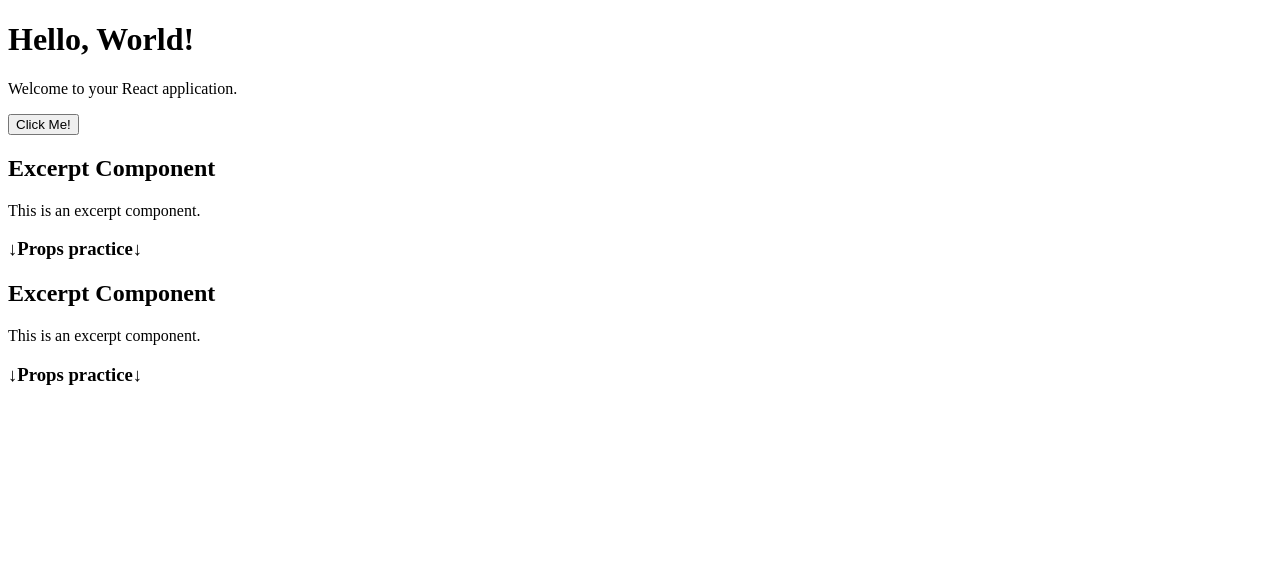
Repository: wendeshiro/D3-F-week1
Page: /
These files come from the project's save history. The page is drawn as it stood at one moment and after the next save; the edit follows.
The browser window is 1280 px wide. The pictures show the whole page.
The project was rebuilt for these pictures with package versions that can differ from the ones it lists, and the page was loaded fresh each time. Also part of the build but not shown: vite.config.js, src/index.css.

Above is the page before, as saved 2025-09-08 15:55:10.

### index.html
<!doctype html>
<html lang="en">

<head>
  <meta charset="UTF-8" />
  <link rel="icon" type="image/svg+xml" href="/vite.svg" />
  <meta name="viewport" content="width=device-width, initial-scale=1.0" />
  <link rel="icon" href="/public/favicon.ico" type="image/x-icon" />
  <title>Week 01!!!</title>
</head>

<body>
  <div id="root">

  </div>
  <script type="module" src="/src/main.jsx"></script>
</body>

</html>

### src/App.jsx
function App() {
  return (
    <div className="Title">
      <h1>Hello, World!</h1>
      <p>Welcome to your React application.</p>
      <button>Click Me!</button>
      <Excerpt title="Excerpt 01" body="Excerpt 01 Excerpt 01"/>
      <Excerpt title="Excerpt 02" body="Excerpt 02 Excerpt 02"/>
    </div>
  );
}

function Excerpt(props) {
  return (
    <div className="Excerpt">
      <h2>Excerpt Component</h2>
      <p>This is an excerpt component.</p>
      <h3>↓Props practice↓</h3>

    </div>
  );
}


export default App;

Loaded but not shown: src/main.jsx (common file)

After the next save:
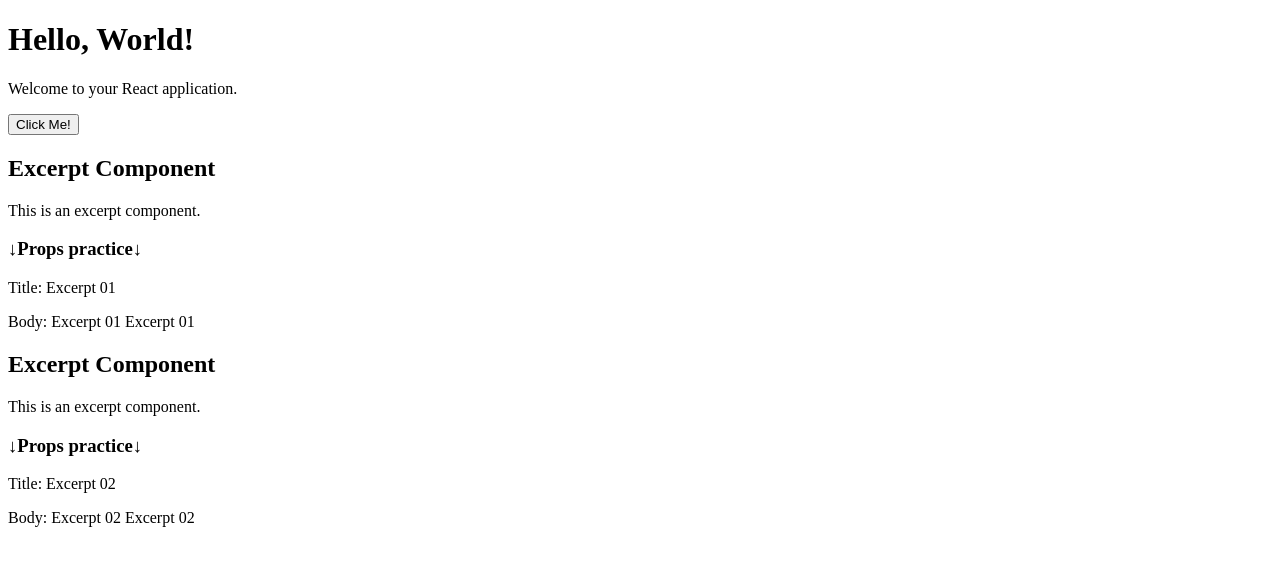
Saved 7 s later.
--- a/src/App.jsx
+++ b/src/App.jsx
@@ -16,7 +16,8 @@
       <h2>Excerpt Component</h2>
       <p>This is an excerpt component.</p>
       <h3>↓Props practice↓</h3>
-
+      <p>Title: {props.title}</p>
+      <p>Body: {props.body}</p>
     </div>
   );
 }

After the 4 saves that followed:
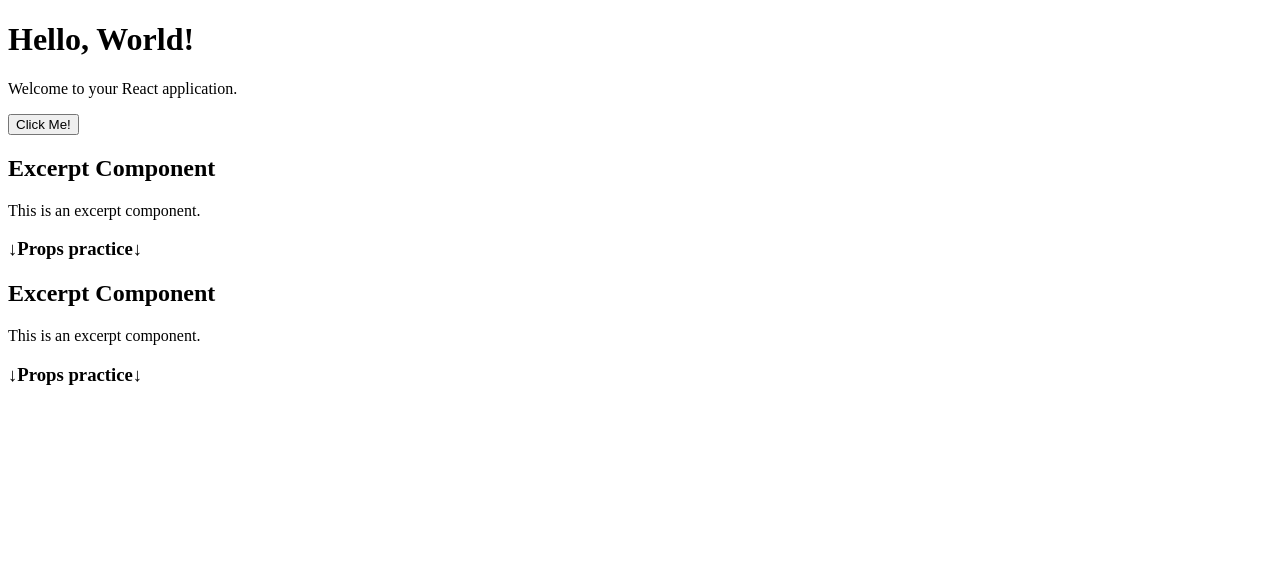
The 4 saves are shown as one change because they came seconds apart.
The last was saved 101 s later.
--- a/src/App.jsx
+++ b/src/App.jsx
@@ -10,14 +10,26 @@
   );
 }
 
-function Excerpt(props) {
+// function Excerpt(props) {
+//   return (
+//     <div className="Excerpt">
+//       <h2>Excerpt Component</h2>
+//       <p>This is an excerpt component.</p>
+//       <h3>↓Props practice↓</h3>
+//       <p>Title: {props.title}</p>
+//       <p>Body: {props.body}</p>
+//     </div>
+//   );
+// }
+
+
+function Excerpt() {
   return (
     <div className="Excerpt">
       <h2>Excerpt Component</h2>
       <p>This is an excerpt component.</p>
       <h3>↓Props practice↓</h3>
-      <p>Title: {props.title}</p>
-      <p>Body: {props.body}</p>
+
     </div>
   );
 }
